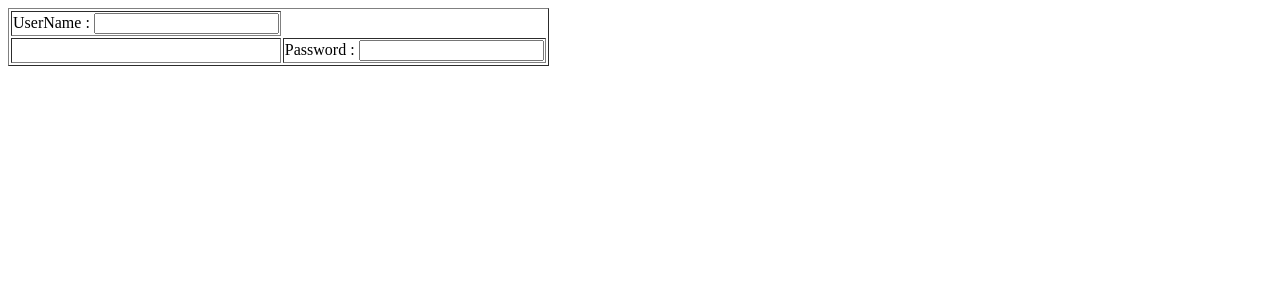
Repository: vishaldhardubey/Java-Programs-BridgeIT
Page: Maven/StudentInfoApplication/WebContent/homePage.html
An editor plug-in stored every save of this project. The page is shown before and after the next save, followed by the edit.
The browser window is 1280 px wide. The pictures show the whole page.

Above is the page before, as saved 2018-06-20 05:57:24.

After the next save:
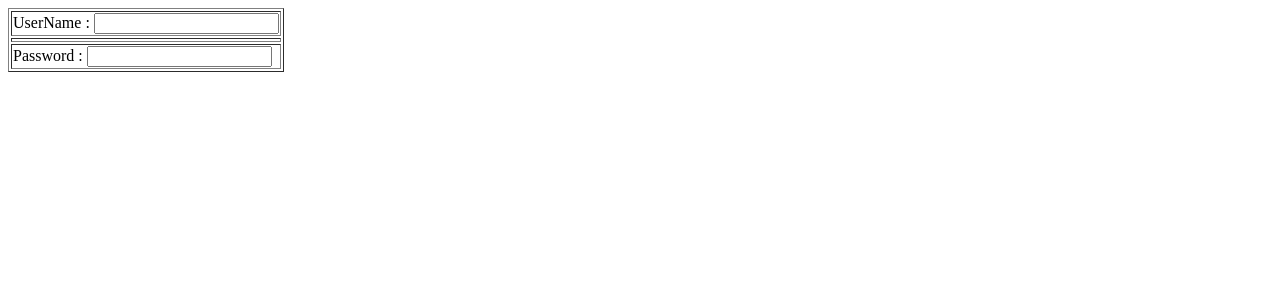
Saved 10 s later.
--- a/Maven/StudentInfoApplication/WebContent/homePage.html
+++ b/Maven/StudentInfoApplication/WebContent/homePage.html
@@ -13,7 +13,8 @@
 		</td>
 		</tr>
 		<tr>
-		<td></td>
+		<td></td></tr>
+		<tr>
 		<td>
 		Password :	<input type="text" name="passkey">
 		</td>
